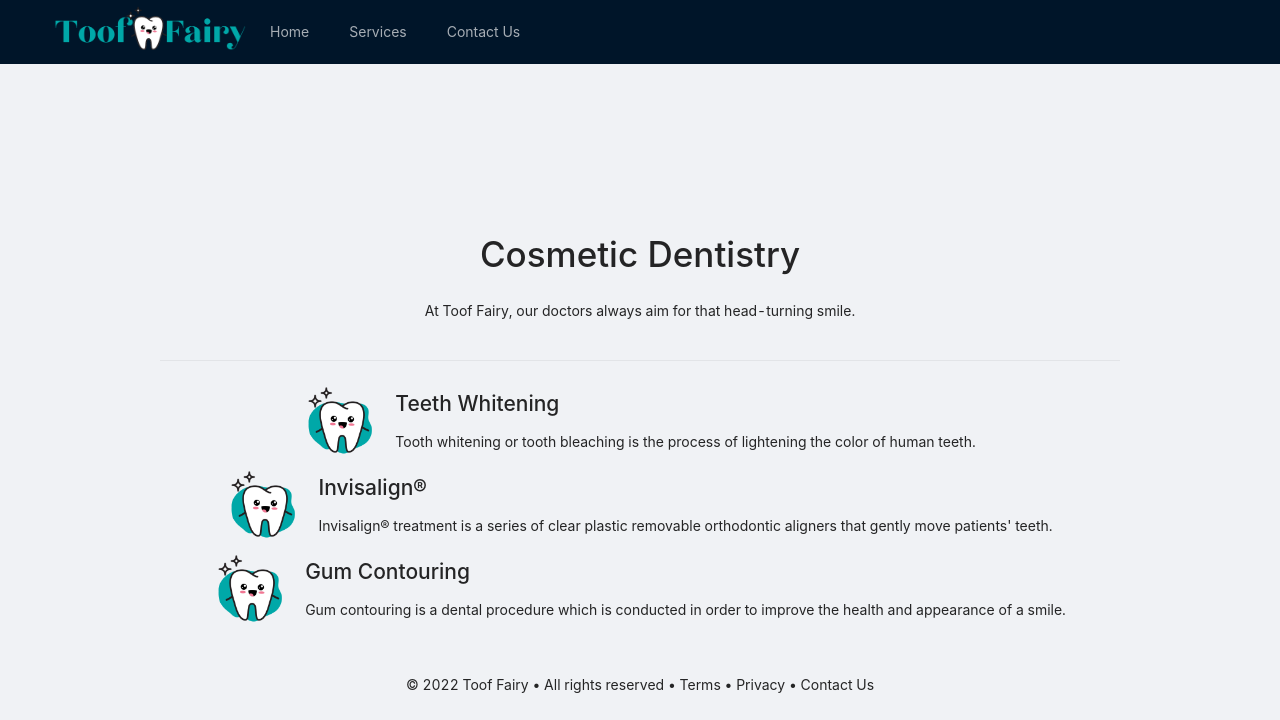
Repository: neldad1/dentist-app
Page: /cosmetic
These files come from the project's save history. The page is drawn as it stood at one moment and after the next save; the edit follows.
The browser window is 1280 px wide. The pictures show the whole page.
The project was rebuilt for these pictures with package versions that can differ from the ones it lists, and the page was loaded fresh each time. Also part of the build but not shown: src/components/Home.jsx, src/components/Contact.jsx, src/components/Services/Restorative.jsx, src/components/Services/Preventative.jsx.

Above is the page before, as saved 2022-03-09 22:42:43.

After the next save:
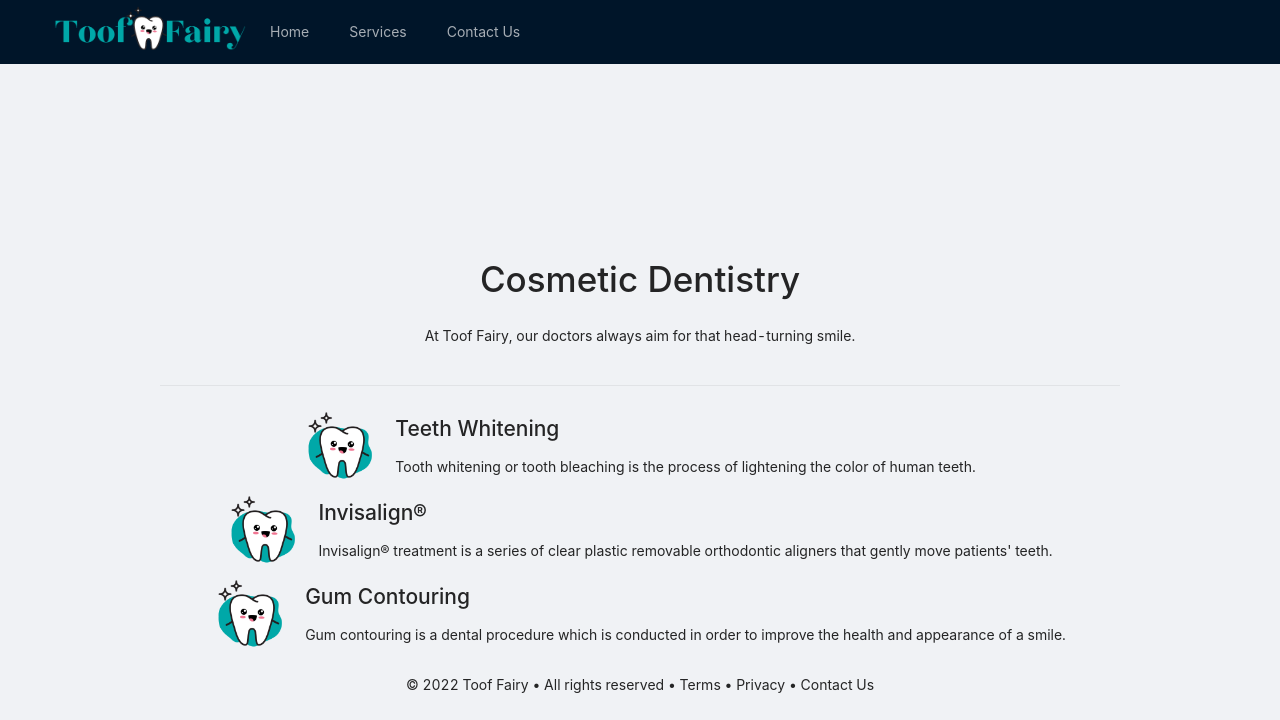
Saved 28 s later.
--- a/src/App.css
+++ b/src/App.css
@@ -62,7 +62,8 @@ h1 {
 
 .services {
   width: 75%;
-  margin-top: 150px;
+  margin-top: 200px;
+  overflow-y: scroll;
 }
 
 .service-info {
